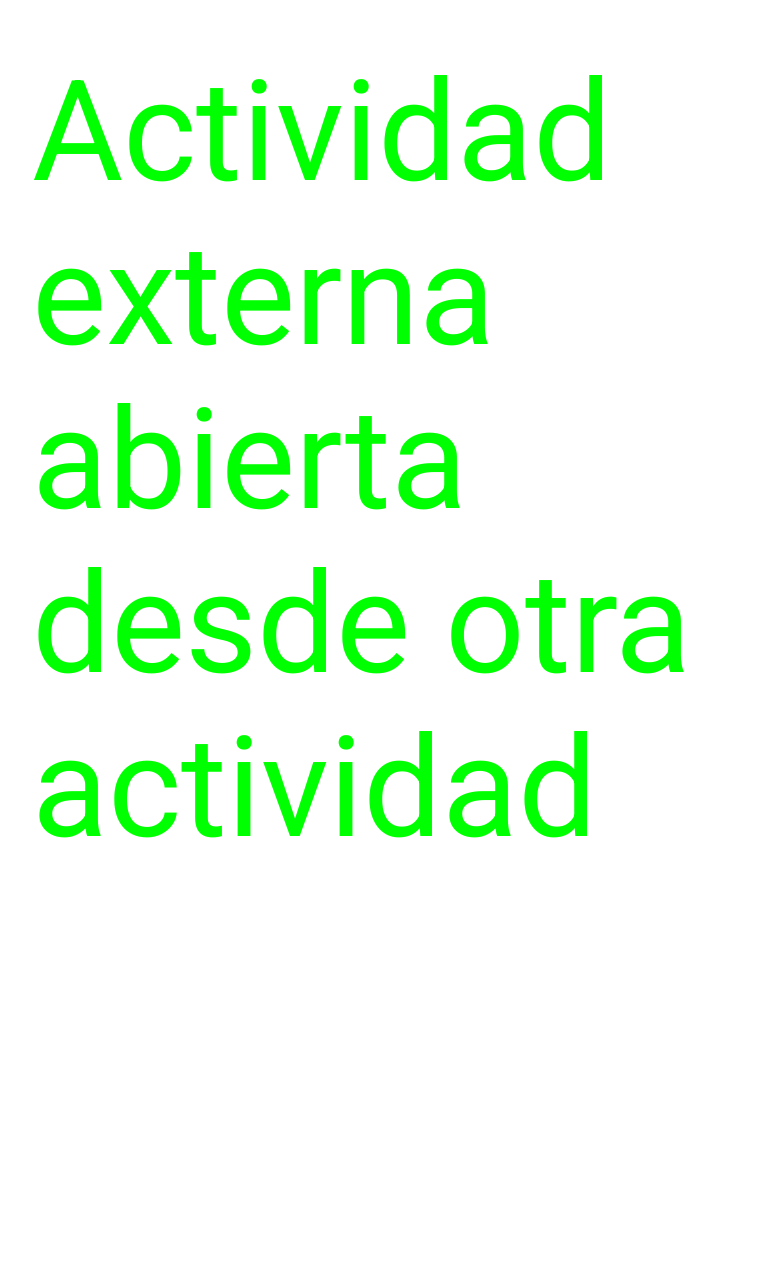
Repository: G3rcar/Android-I
Layout: Clase1102IntentExplicito/res/layout/activity_main.xml
The author's editor kept a copy of each file at every save. The layout is drawn from the files as they stood at one save, then again after the next save.
It is drawn on a 768 x 1280 px phone screen (xhdpi) without system bars, with theme AppTheme; the app's code is not run.

Above is the layout before, as saved 2013-11-11 13:44:14.

After the next save:
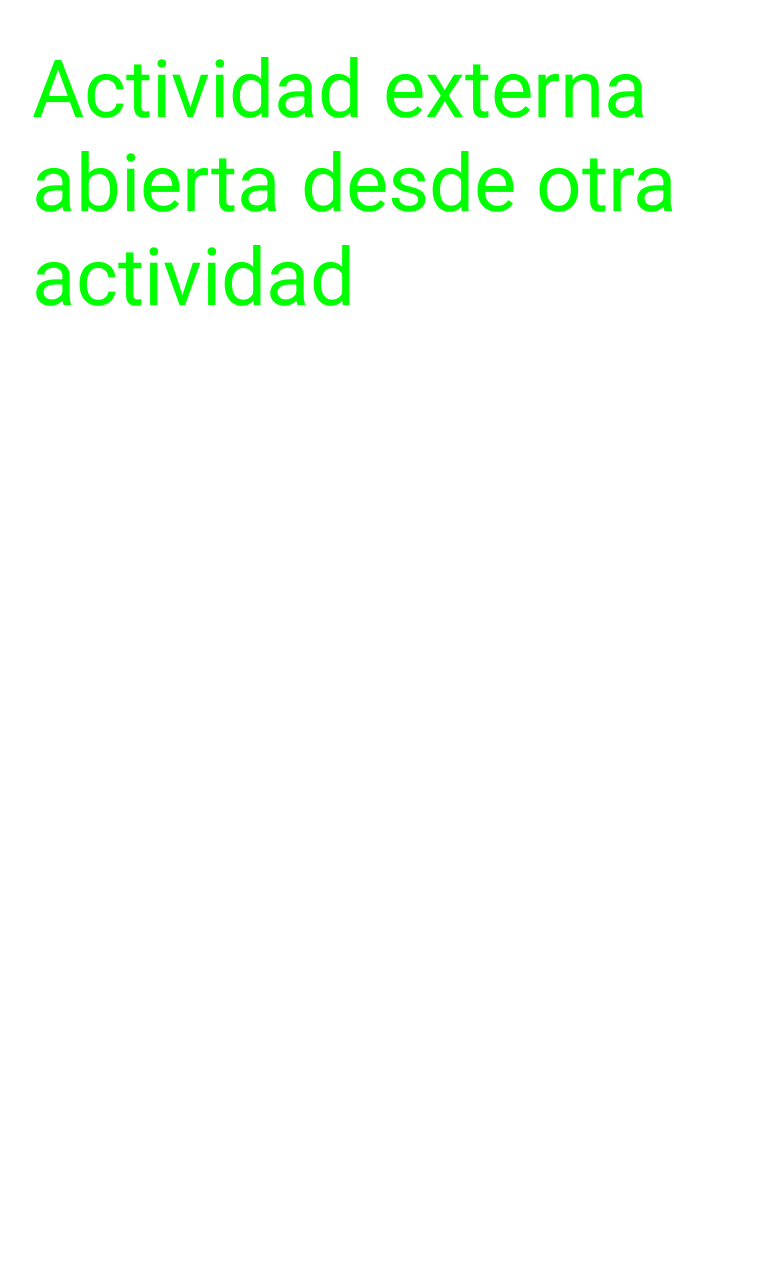
Saved 7 s later.
--- a/Clase1102IntentExplicito/res/layout/activity_main.xml
+++ b/Clase1102IntentExplicito/res/layout/activity_main.xml
@@ -13,7 +13,7 @@
         android:layout_height="wrap_content"
         android:text="@string/lblExternal"
         android:textColor="#00FF00"
-        android:textSize="70sp" />
+        android:textSize="40sp" />
 
 
 </RelativeLayout>
